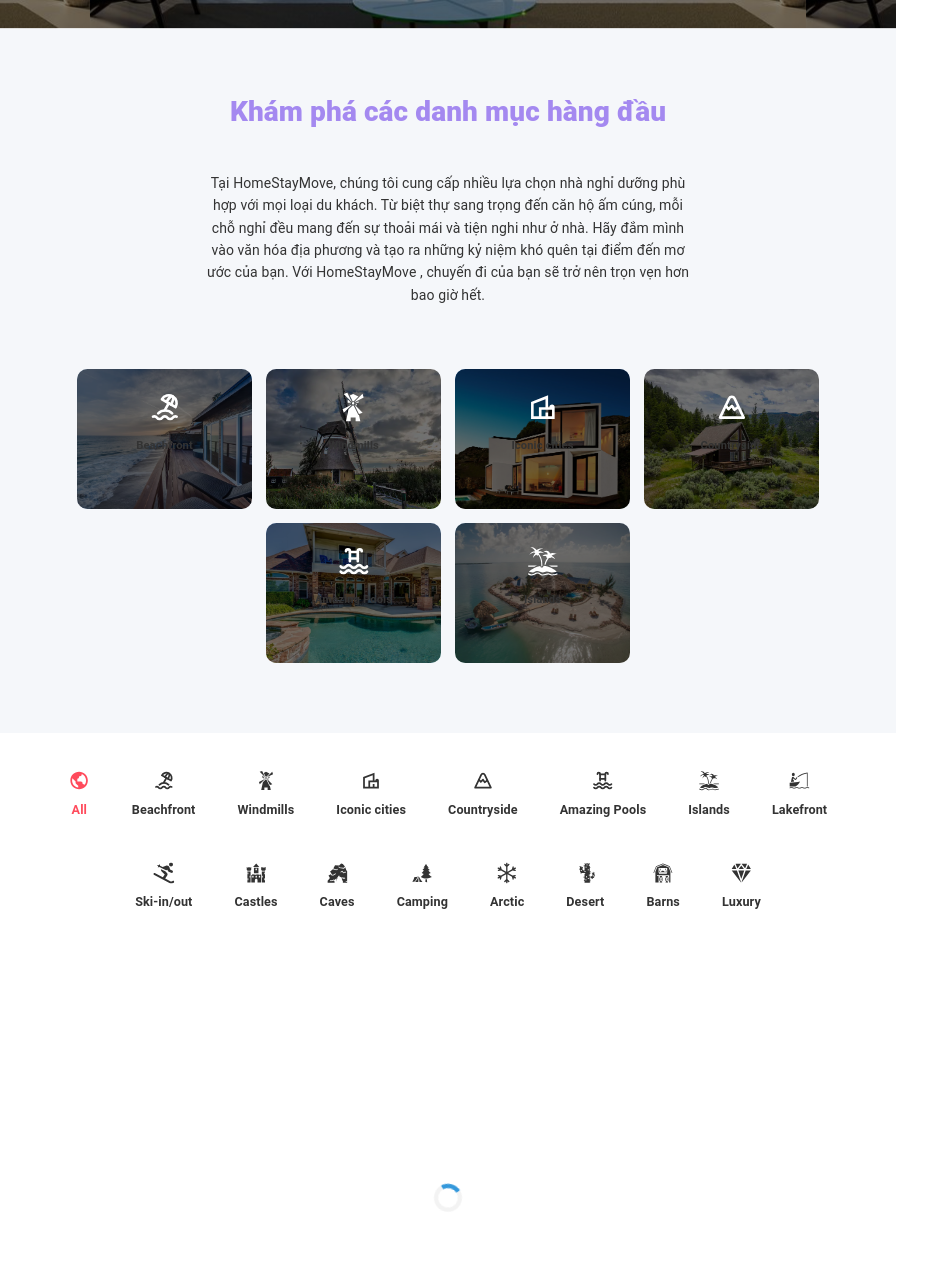
Repository: minhquang203/Homestay
Page: / (app in client/)
The author's editor kept a copy of each file at every save. The page is drawn from the files as they stood at one save, then again after the next save.
The browser window is 1280 px wide. The page is 1342 px wide, so the pictures cover 1342 px, including what lies to the right of the window. The pictures show the part of the page from y = 663 to 2503 px (the page is 2931 px tall before and 2879 px after), at 70% of full size.
The page's requests for data from a server got no answer. The project was rebuilt for these pictures with package versions that can differ from the ones it lists, and the page was loaded fresh each time. No one was signed in, and anything a server would have sent is missing. Also part of the build but not shown: client/src/styles/ListingCard.scss, client/src/components/ListingCard.jsx, client/src/styles/variable.scss, client/src/styles/List.scss, client/src/pages/CategoryPage.jsx, client/src/styles/CreateListing.scss, client/src/pages/CreateListing.jsx, client/src/styles/ListingDetails.scss and 17 more.

Above is the page before, as saved 2025-04-04 00:04:28.

### client/public/index.html
<!DOCTYPE html>
<html lang="en">
  <head>
    <meta charset="utf-8" />
    <link rel="icon" href="%PUBLIC_URL%/favicon.ico" />
    <meta name="viewport" content="width=device-width, initial-scale=1" />
    <meta name="theme-color" content="#000000" />
    <meta
      name="description"
      content="Web site created using create-react-app"
    />
    <link rel="apple-touch-icon" href="%PUBLIC_URL%/logo192.png" />
    <link rel="manifest" href="%PUBLIC_URL%/manifest.json" />
    <link rel="preconnect" href="https://fonts.googleapis.com">
    <link rel="preconnect" href="https://fonts.gstatic.com" crossorigin>
    <link href="https://fonts.googleapis.com/css2?family=Nunito:ital,wght@0,200..1000;1,200..1000&display=swap" rel="stylesheet">
    <title>HomeStayMove</title>
  </head>
  <body>
    <div id="root"></div>

  </body>
</html>

### client/src/index.js
import { CssBaseline, ThemeProvider, createTheme } from "@mui/material"; // Thêm vào đây
import React from "react";
import ReactDOM from "react-dom/client";
import { Provider } from "react-redux";
import { PersistGate } from "redux-persist/integration/react";
import App from "./App";
import { persistor, store } from "./Redux/store";

// Tạo theme tùy chỉnh nếu cần thiết
const theme = createTheme({
  palette: {
    primary: {
      main: "#1976d2", // Màu chủ đạo
    },
    secondary: {
      main: "#dc004e", // Màu phụ
    },
  },
});

const root = ReactDOM.createRoot(document.getElementById("root"));
root.render(
  <React.StrictMode>
    <Provider store={store}>
      <PersistGate loading={null} persistor={persistor}>
        <ThemeProvider theme={theme}>
          <CssBaseline />
          <App />
        </ThemeProvider>
      </PersistGate>
    </Provider>
  </React.StrictMode>
);

### client/src/App.css
* {
  margin: 0;
  padding: 0;
  box-sizing: border-box;
  font-family: 'Nunito'sans-serif;
}

### client/src/pages/HomePage.jsx
import Categories from "../components/Categories";
import Footer from "../components/Footer";
import Listings from "../components/Listings";
import Navbar from '../components/Navbar';
import Slide from "../components/Slide";



const HomePage = () => {

  // Lấy thông tin người dùng từ Redux state
  return <div>
    <Navbar/>
    <Slide/>
    <Categories/>
    <Listings/>
    <Footer />
  </div>;
};

export default HomePage;

### client/src/components/Footer.jsx
import { Email, LocalPhone } from "@mui/icons-material";
import { Link } from "react-router-dom";
import "../styles/Footer.scss";
const Footer = () => {
  return (
    <div className="footer">
      <div className="footer_left">
        <a href="/">
          <img src="/assets/logo.png" alt="logo" />
        </a>
      </div>

      <div className="footer_center">
        <h3>Useful Links</h3>
        <ul>
          <li>
            <Link to="/about-us">About Us</Link>
          </li>
          <li>
            <Link to="/terms-and-conditions">Terms and Conditions</Link>
          </li>
          <li>
            <Link to="/return-and-refund-policy">Return and Refund Policy</Link>
          </li>
        </ul>
      </div>

      <div className="footer_right">
        <h3>Contact</h3>
        <div className="footer_right_info">
          <LocalPhone />
          <p>+84 904421394</p>
        </div>
        <div className="footer_right_info">
          <Email />
          <p>homestay@gmail.com</p>
          <p>tranminhquang082003@gmail.com</p>
        </div>
        <img src="/assets/payment.png" alt="payment" />
      </div>
    </div>
  );
};

export default Footer;

### client/src/components/Loader.jsx
import "../styles/Loader.scss";

const Loader = () => {
  return (
    <div className="loader">
      <div className="loader-inner"></div>
    </div>
  );
};

export default Loader;

### client/src/components/Navbar.jsx
import { Menu, Person, Search } from "@mui/icons-material";
import { IconButton } from "@mui/material";
import { useState } from "react";
import { useDispatch, useSelector } from "react-redux";
import { Link, useNavigate } from "react-router-dom";
import { setLogout } from "../Redux/state";
import "../styles/Navbar.scss";
import variables from "../styles/variable.scss";

const Navbar = () => {
  const [dropdownMenu, setDropdownMenu] = useState(false);
  const user = useSelector((state) => state.user);
  const dispatch = useDispatch();
  const [search, setSearch] = useState("")
  const navigate = useNavigate();

  const handleLogout = () => {
    dispatch(setLogout());
    navigate("/login");
  };

  return (
    <div className="navbar">
      <Link to="/">
        <img src="/assets/logo.png" alt="logo" />
      </Link>

      <div className="navbar_search">
        <input
          type="text"
          placeholder="Search ..."
          value={search}
          onChange={(e) => setSearch(e.target.value)}
        />
        <IconButton disabled={search === ""}>
          <Search
            sx={{ color: variables.pinkred }}
            onClick={() => {navigate(`/properties/search/${search}`)}}
          />
        </IconButton>
      </div>

      <div className="navbar_right">
        {/* Hiển thị điều kiện tùy theo trạng thái người dùng */}
        <Link to={user ? "/create-listing" : "/login"} className="navbar_right_host">
          Tạo phòng cho thuê
        </Link>

        {/* Nút tài khoản để mở menu thả xuống */}
        <button
          className="navbar_right_account"
          onClick={() => setDropdownMenu((prev) => !prev)} // Chuyển đổi trạng thái menu thả xuống
        >
          <Menu sx={{ color: variables.darkgrey }} />
          <Person sx={{ color: variables.darkgrey }} />
        </button>

        {/* Menu thả xuống cho người dùng đã đăng nhập */}
        {dropdownMenu && user && (
          <div className="navbar_right_accountmenu">
            <Link to="/profile">Thông Tin</Link>
            <Link to={`/${user._id}/trips`}>Danh sách chuyến đi</Link>
            <Link to={`/${user._id}/wishList`}>Yêu thích </Link>
            <Link to={`/${user._id}/properties`}>Phòng cho thuê </Link>
            <Link to={`/${user._id}/reservations`}>Đặt chỗ </Link>
            <Link to="/login" onClick={handleLogout}>
              Đăng xuất
            </Link>
          </div>
        )}

        {/* Menu thả xuống cho người dùng chưa đăng nhập */}
        {dropdownMenu && !user && (
          <div className="navbar_right_accountmenu">
            <Link to="/login">Đăng nhập</Link>
            <Link to="/register">Đăng ký</Link>
          </div>
        )}
      </div>
    </div>
  );
};

export default Navbar;

### client/src/components/Categories.jsx
import { Link } from "react-router-dom";
import { categories } from "../data";
import "../styles/Categories.scss";

const Categories = () => {
  return (
    <div className="categories">
      <h1>Khám phá các danh mục hàng đầu</h1>
      <p>
        Tại HomeStayMove, chúng tôi cung cấp nhiều lựa chọn nhà nghỉ dưỡng phù hợp
        với mọi loại du khách. Từ biệt thự sang trọng đến căn hộ ấm cúng, mỗi
        chỗ nghỉ đều mang đến sự thoải mái và tiện nghi như ở nhà. Hãy đắm mình
        vào văn hóa địa phương và tạo ra những kỷ niệm khó quên tại điểm đến mơ
        ước của bạn. Với HomeStayMove , chuyến đi của bạn sẽ trở nên trọn vẹn hơn
        bao giờ hết.
      </p>

      <div className="categories_list">
        {categories?.slice(1, 7).map((category, index) => (
          <Link to={`/properties/category/${category.label}`}>
            <div className="category">
              <img src={category.img} alt={category.label} />
              <div className="overlay">
                <div className="category_text">
                  <div className="category_text_icon">
                    {category.icon}
                    <p>{category.label}</p>
                  </div>
                </div>
              </div>
            </div>
          </Link>
        ))}
      </div>
    </div>
  );
};

export default Categories;

### client/src/components/Listings.jsx
import { useEffect, useState } from "react";
import { useDispatch, useSelector } from "react-redux";
import { categories } from "../data";
import { setListings } from "../Redux/state";
import "../styles/Listings.scss";
import ListingCard from "./ListingCard";
import Loader from "./Loader";

const Listings = () => {
  const dispatch = useDispatch();
  const [loading, setLoading] = useState(true);

  const [selectedCategory, setSelectedCategory] = useState("All");

  const listings = useSelector((state) => state.listings);

  const getFeedListings = async () => {
    try {
      const response = await fetch(
        selectedCategory !== "All"
          ? `http://localhost:3002/properties?category=${selectedCategory}`
          : "http://localhost:3002/properties",
        {
          method: "GET",
        }
      );

      const data = await response.json();
      dispatch(setListings({ listings: data }));
      setLoading(false);
    } catch (err) {
      console.log("Fetch Listings Failed", err.message);
    }
  };

  useEffect(() => {
    getFeedListings();
  }, [selectedCategory]);

  return (
    <>
      <div className="category-list">
        {categories?.map((category, index) => (
          <div
            className={`category ${category.label === selectedCategory ? "selected" : ""}`}
            key={index}
            onClick={() => setSelectedCategory(category.label)}
          >
            <div className="category_icon">{category.icon}</div>
            <p>{category.label}</p>
          </div>
        ))}
      </div>

      {loading ? (
        <Loader />
      ) : (
        <div className="listings">
          {listings.map(
            ({
              _id,
              creator,
              listingPhotoPaths,
              city,
              province,
              country,
              category,
              type,
              price,
              booking = false
            }) => (
              <ListingCard
                key={_id}
                listingId={_id}
                creator={creator}
                listingPhotoPaths={listingPhotoPaths}
                city={city}
                province={province}
                country={country}
                category={category}
                type={type}
                price={price}
                booking ={booking}
              />
            )
          )}
        </div>
      )}
    </>
  );
};

export default Listings;

### client/src/components/Slide.jsx
import "../styles/Slide.scss";

const Slide = () => {
  return (
    <div className="slidePage">
      <h1>
        "Hành trình mới đang chờ đón bạn <hr/>   Đặt chuyến đi ngay hôm nay cùng
        HomeStayMoves !
      </h1>
    </div>
  );
};

export default Slide;

### client/src/styles/Footer.scss
@import "./variable.scss";
@import "./breakpoints.scss";

.footer {
  display: flex;
  justify-content: space-between;
  align-items: center;
  gap: 50px;
  padding: 10px 70px;

  @include lg {
    padding: 10px 30px;
  }

  &_left {
    max-width: 400px;

    img {
      max-width: 150px;
      margin-bottom: 20px;
    }

    &_socials {
      display: flex;
      gap: 25px;
      margin-top: 20px;

      &_icon {
        width: 40px;
        height: 40px;
        border-radius: 50%;
        background-color: $pinkred;
        display: flex;
        justify-content: center;
        align-items: center;
        cursor: pointer;
        transition: all 0.5s ease-in-out;

        &:hover {
          transform: scale(1.2);
        }
      }
    }
  }

  &_center {
    text-decoration: none;

    ul {
      list-style: none;
      margin-top: 20px;
      cursor: pointer;

      li:hover {
        color: $pinkred
      }

      a {
        text-decoration: none;
        color: black;

        &:hover {
          color: $pinkred;
        }
      }
    }

    @include md {
      display: none;
    }
  }

  &_right {
    max-width: 350px;

    h3 {
      margin-bottom: 20px;
    }

    &_info {
      display: flex;

      p {
        margin-left: 20px;
        margin-bottom: 15px;
      }
    }

    @include sm {
      display: none;
    }
  }
}

### client/src/styles/Loader.scss
.loader {
    display: flex;
    justify-content: center;
    align-items: center;
    height: 100vh;
  }

  .loader-inner {
    border: 6px solid #f3f3f3;
    border-top: 6px solid #3498db;
    border-radius: 50%;
    width: 40px;
    height: 40px;
    animation: spin 2s linear infinite;
  }

  @keyframes spin {
    0% { transform: rotate(0deg); }
    100% { transform: rotate(360deg); }
  }

### client/src/styles/Navbar.scss
@import "./breakpoints.scss";
@import "./variable.scss";

.navbar {
  padding: 10px 60px;
  display: flex;
  justify-content: space-between;
  align-items: center;
  position: relative;
  background-color: #ffff;
  box-shadow: $box-shadow-small;  // Dùng biến shadow nhỏ cho navbar

  @include media-query(sm) {
    padding: 10px 20px;
  }

  img {
    width: 100px;
    cursor: pointer;
  }

  &_search {
    border: 1px solid $grey;
    border-radius: 30px;
    height: 50px;
    padding: 0 20px;
    display: flex;
    gap: 20px;
    align-items: center;
    width: 350px;

    input {
      border: none;
      outline: none;
      flex: 1;
      padding: 5px 10px;
    }

    &:hover {
      box-shadow: $box-shadow-small;
    }

    @include media-query(lg) {
      width: 500px;
    }

    @include media-query(sm) {
      display: none;
    }
  }

  &_right {
    display: flex;
    align-items: center;
    gap: 20px;

    .navbar_right_host {
      text-decoration: none;
      color: $darkgrey;
      font-weight: 700;
      cursor: pointer;

      &:hover {
        color: $pinkred;
      }

      @include media-query(sm) {
        display: none;
      }
    }

    &_account {
      height: 50px;
      display: flex;
      align-items: center;
      padding: 0 10px;
      border: 1px solid $grey;
      border-radius: 30px;
      gap: 10px;
      background-color: #ffff;
      cursor: pointer;
      transition: box-shadow 0.3s ease;

      &:hover {
        box-shadow: $box-shadow-large;
      }

      svg {
        color: $darkgrey;
      }
    }

    &_accountmenu {
      position: absolute;
      background-color: #ffff;
      right: 60px;
      top: 80px;
      display: flex;
      flex-direction: column;
      width: 200px;
      padding: 10px 0;
      border: 1px solid $lightgrey;
      border-radius: 20px;
      box-shadow: $box-shadow-large;
      z-index: 9999;

      @include media-query(sm) {
        right: 20px;
      }

      a {
        width: 100%;
        padding: 8px 15px;
        text-decoration: none;
        color: $grey;
        font-weight: 700;
        display: block;

        &:hover {
          color: $pinkred;
          background-color: rgba(217, 213, 213, 0.2);
        }
      }
    }
  }
}

### client/src/styles/breakpoints.scss
  $breakpoints: (
    xs: 480px,
    sm: 768px,
    md: 992px,
    lg: 1200px,
    xl: 1400px
  );

  // Mixin media-query để dễ sử dụng các điểm ngắt
  @mixin media-query($size) {
    $breakpoint: map-get($breakpoints, $size);

    @if $breakpoint {
      @media (max-width: #{$breakpoint}) {
        @content;
      }
    } @else {
      @warn "Breakpoint '#{$size}' không tồn tại trong danh sách breakpoints!";
    }
  }
  @mixin sm {
    @media (max-width: map-get($breakpoints, "sm")) {
        @content;
    }
}

@mixin mm {
    @media (max-width: map-get($breakpoints, "mm")) {
        @content;
    }
}

@mixin md {
    @media (max-width: map-get($breakpoints, "md")) {
        @content;
    }
}

@mixin ml {
    @media (max-width: map-get($breakpoints, "ml")) {
        @content;
    }
}

@mixin lg {
    @media (max-width: map-get($breakpoints, "lg")) {
        @content;
    }
}

@mixin xl {
    @media (max-width: map-get($breakpoints, "xl")) {
        @content;
    }
}

  // Mixin để tạo kiểu cho button
  @mixin buttonStyle {
    padding: 10px 15px;
    background-color: $pinkred;
    border: none;
    font-size: 20px;
    font-weight: 600;
    cursor: pointer;
    transform: 0.3s ease;
    color: white;
    border-radius: 10px;
  }
  // Mixin flex-center để căn giữa các phần tử theo cả chiều ngang và dọc
@mixin flex-center {
  display: flex;
  justify-content: center;
  align-items: center;
}

### client/src/styles/Categories.scss
@import "./variable.scss";
@import "./breakpoints.scss";

.categories {
  padding: 50px 60px;
  display: flex;
  flex-direction: column;
  align-items: center;
  text-align: center;
  background-color: $lightgrey;

  h1 {
    color: $blue;
    font-size: 40px;
    font-weight: 800;
    margin-bottom: 15px;
  }

  p {
    max-width: 700px;
    font-size: 20px;
    color: $darkgrey;
    line-height: 1.6;
    margin-bottom: 40px;
  }

  .categories_list {
    display: flex;
    flex-wrap: wrap;
    padding: 50px 0;
    justify-content: center;
    gap: 20px;

    a {
      text-decoration: none;
    }

    .category {
      position: relative;
      display: flex;
      justify-content: center;
      align-items: center;
      width: 250px;
      height: 200px;
      overflow: hidden;
      border-radius: 15px;
      cursor: pointer;
      transition: transform 0.3s ease, box-shadow 0.3s ease;

      img {
        position: absolute;
        width: 100%;
        height: 100%;
        object-fit: cover;
        transition: transform 0.3s ease;
      }

      .overlay {
        position: absolute;
        width: 100%;
        height: 100%;
        background-color: rgba(0, 0, 0, 0.55);
        display: flex;
        justify-content: center;
        align-items: center;
        transition: background-color 0.3s ease;
      }

      &_text {
        position: relative;
        display: flex;
        flex-direction: column;
        justify-content: center;
        align-items: center;
        color: white;
        text-align: center;
        z-index: 2;

        &_icon {
          font-size: 45px;
          margin-bottom: 10px;
        }

        p {
          font-size: 16px;
          font-weight: 600;
        }
      }

      &:hover {
        transform: translateY(-5px);
        box-shadow: 0 10px 20px rgba(0, 0, 0, 0.2);

        img {
          transform: scale(1.1);
        }

        .overlay {
          background-color: rgba(0, 0, 0, 0.7);
        }
      }
    }
  }
}

### client/src/styles/Listings.scss
@import "./variable.scss";
@import "./breakpoints.scss";

.category-list {
  padding: 50px 80px;
  display: flex;
  justify-content: center;
  flex-wrap: wrap;
  gap: 60px;

  @include sm {
    padding: 50px 20px;
  }

  .category {
    display: flex;
    flex-direction: column;
    align-items: center;
    color: $darkgrey;
    cursor: pointer;

    &_icon {
      font-size: 30px;
    }

    p {
      font-size: 18px;
      font-weight: 700;
    }

    &:hover {
      color: $pinkred;
    }
  }

  .selected {
    color: $pinkred;
  }
}

.listings {
  padding: 0 60px 120px;
  display: flex;
  flex-wrap: wrap;
  justify-content: center;
  gap: 5px;

  @include lg {
    padding: 0 20px 120px;
  }
}

### client/src/styles/Slide.scss
.slidePage {
  width: 100vw;
  height: 80vh;
  background: linear-gradient(rgba(0, 0, 0, 0.5), rgba(0, 0, 0, 0.5)),
    url("../../public/assets/slide.jpg");
  background-position: center top;
  background-size: contain;

  display: flex;
  justify-content: center;
  align-items: center;
  text-align: center;
  position: relative;

  animation: moveRight 2s ease-out forwards; /* Di chuyển từ trái sang phải */
}

// /* Định nghĩa keyframe cho hiệu ứng chuyển động từ trái sang phải */
// @keyframes moveRight {
//   0% {
//     transform: translateX(-100%); /* Bắt đầu bên ngoài màn hình (trái) */
//   }
//   100% {
//     transform: translateX(0); /* Kết thúc tại vị trí ban đầu */
//   }
// }

h1 {
  padding: 40px 20px;
  font-size: 40px;
  text-align: center;
  color: white;
  z-index: 1; /* Đảm bảo văn bản luôn ở trên hình nền */
  position: relative;
}

Loaded but not shown: client/src/data.js (270 lines, source omitted); client/src/App.js (46 lines, source omitted); client/src/Redux/state.js (69 lines, source omitted); client/src/Redux/store.js (38 lines, source omitted)

After the next save:
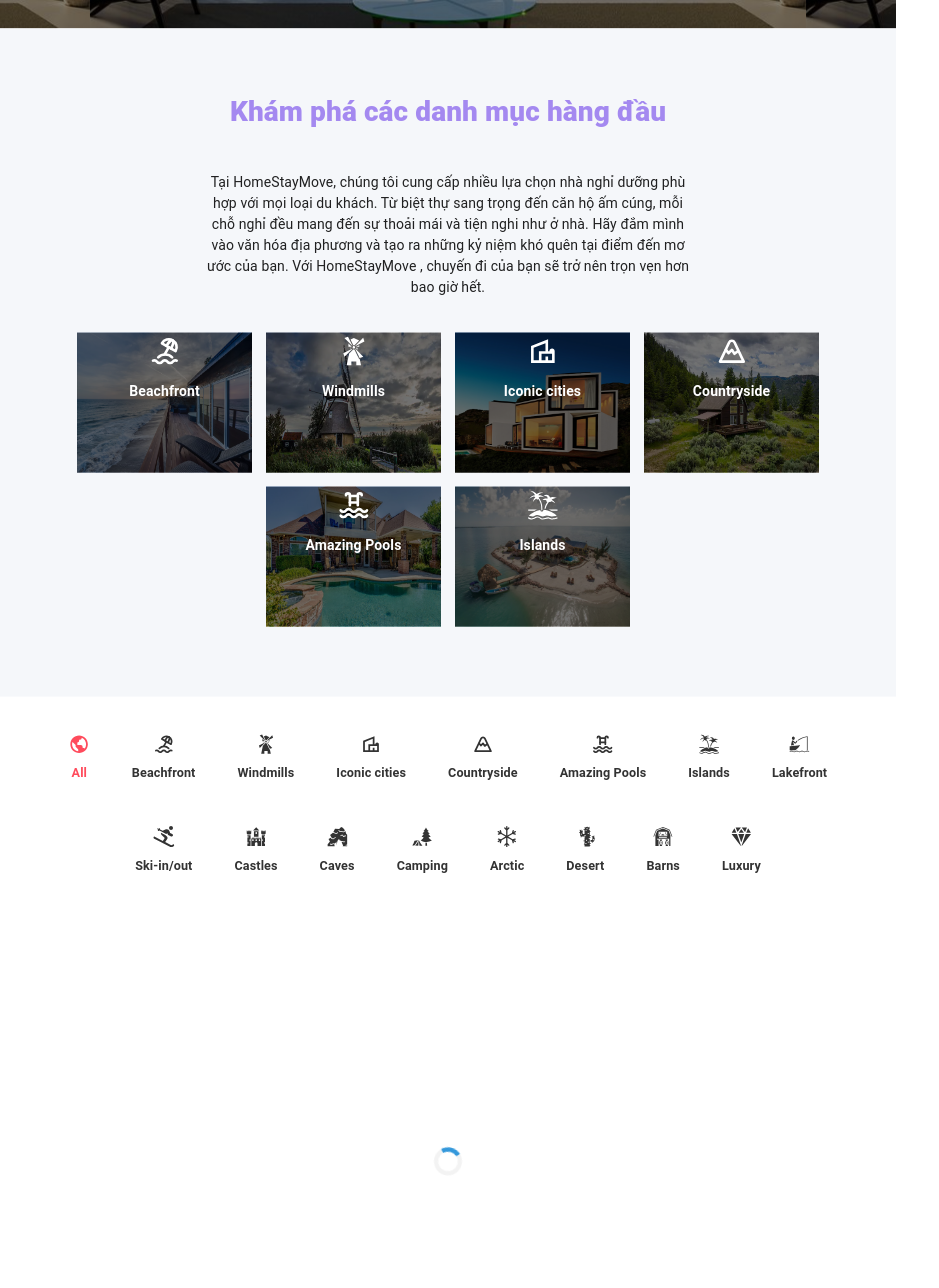
Saved 12 s later.
--- a/client/src/styles/Categories.scss
+++ b/client/src/styles/Categories.scss
@@ -9,6 +9,7 @@
   text-align: center;
   background-color: $lightgrey;
 
+
   h1 {
     color: $blue;
     font-size: 40px;
@@ -19,9 +20,6 @@
   p {
     max-width: 700px;
     font-size: 20px;
-    color: $darkgrey;
-    line-height: 1.6;
-    margin-bottom: 40px;
   }
 
   .categories_list {
@@ -42,17 +40,12 @@
       align-items: center;
       width: 250px;
       height: 200px;
-      overflow: hidden;
-      border-radius: 15px;
       cursor: pointer;
-      transition: transform 0.3s ease, box-shadow 0.3s ease;
 
       img {
         position: absolute;
         width: 100%;
         height: 100%;
-        object-fit: cover;
-        transition: transform 0.3s ease;
       }
 
       .overlay {
@@ -60,45 +53,29 @@
         width: 100%;
         height: 100%;
         background-color: rgba(0, 0, 0, 0.55);
-        display: flex;
-        justify-content: center;
-        align-items: center;
-        transition: background-color 0.3s ease;
+        transition: 0.3s ease-in-out;
       }
 
       &_text {
         position: relative;
-        display: flex;
-        flex-direction: column;
-        justify-content: center;
-        align-items: center;
         color: white;
-        text-align: center;
-        z-index: 2;
 
         &_icon {
           font-size: 45px;
-          margin-bottom: 10px;
         }
 
         p {
-          font-size: 16px;
           font-weight: 600;
         }
       }
 
       &:hover {
-        transform: translateY(-5px);
-        box-shadow: 0 10px 20px rgba(0, 0, 0, 0.2);
-
-        img {
-          transform: scale(1.1);
-        }
-
         .overlay {
-          background-color: rgba(0, 0, 0, 0.7);
+          width: 80%;
+          height: 80%;
         }
       }
+
     }
   }
 }
